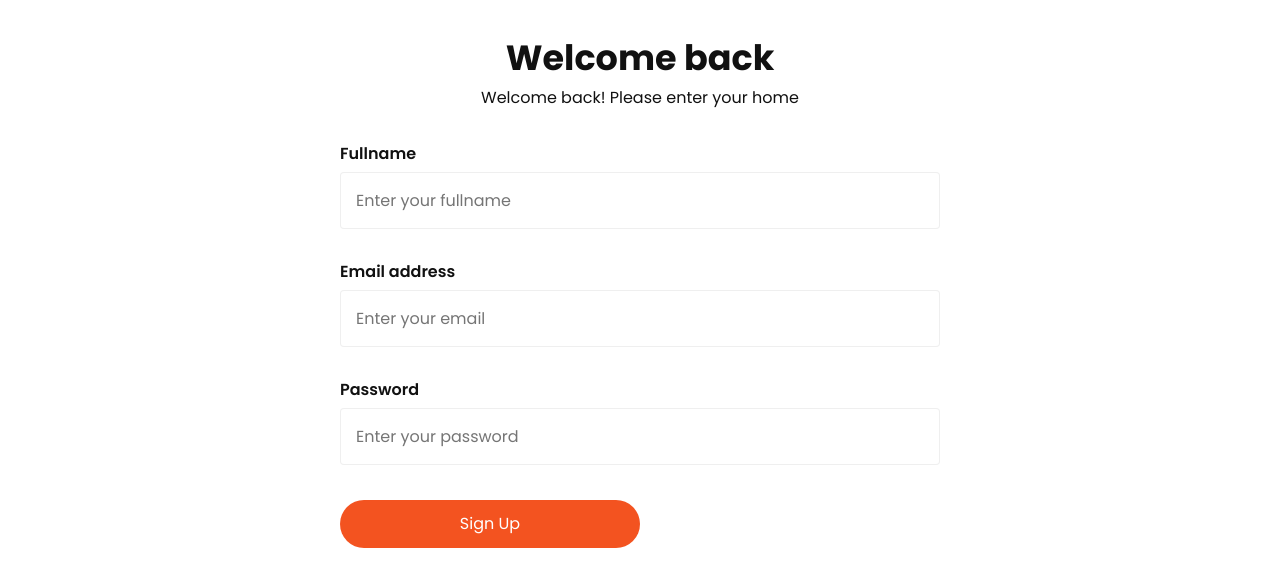
Repository: hoang0508/ReactJs-Fruits
Page: /sign-up
These files come from the project's save history. The page is drawn as it stood at one moment and after the next save; the edit follows.
The browser window is 1280 px wide. The pictures show the whole page.
The project was rebuilt for these pictures with package versions that can differ from the ones it lists, and the page was loaded fresh each time. Also part of the build but not shown: src/Pages/NotFoundPage.js, src/hooks/useHookAPI.js, src/hooks/useLocalStrorage.js, src/components/context/Auth-Context.js, src/components/Media/Social.scss, src/components/Media/Social.js, src/components/Footer/Footercoppy.js, src/components/Footer/Footer.js and 33 more.

Above is the page before, as saved 2022-05-12 10:21:41.

After the next save:
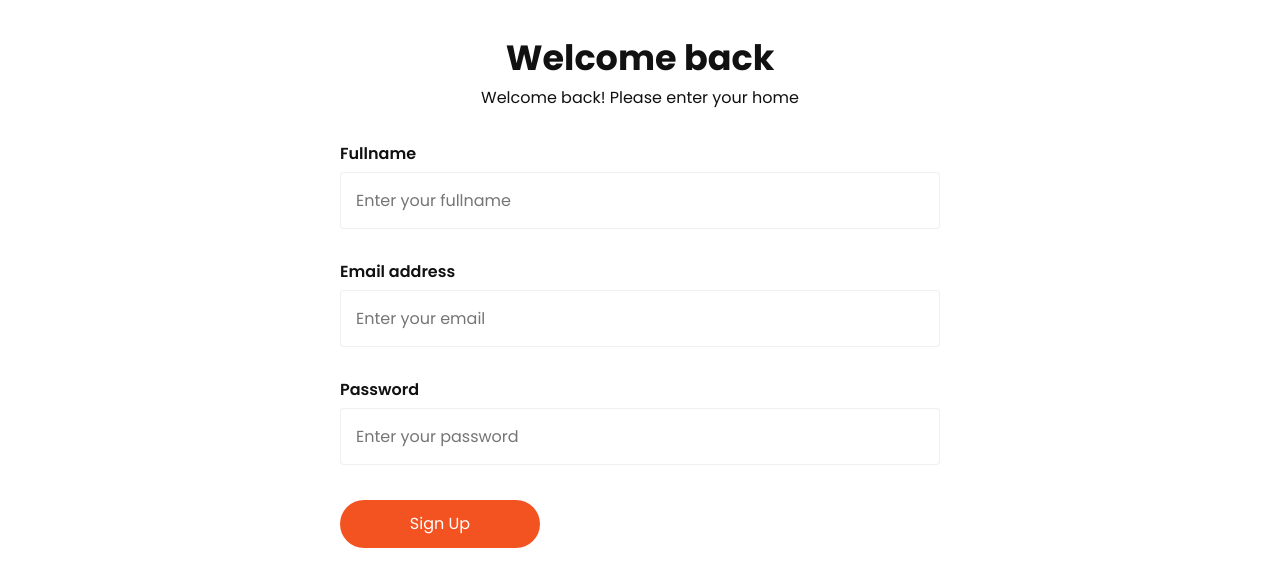
Saved 4 s later.
--- a/src/Pages/SignUpPage.js
+++ b/src/Pages/SignUpPage.js
@@ -52,7 +52,7 @@ const SignUpPage = () => {
             placeholder="Enter your password"
           />
         </Field>
-        <Button maxWidth="300px" className="button button--primary">
+        <Button maxWidth="200px" className="button button--primary">
           Sign Up
         </Button>
       </form>
